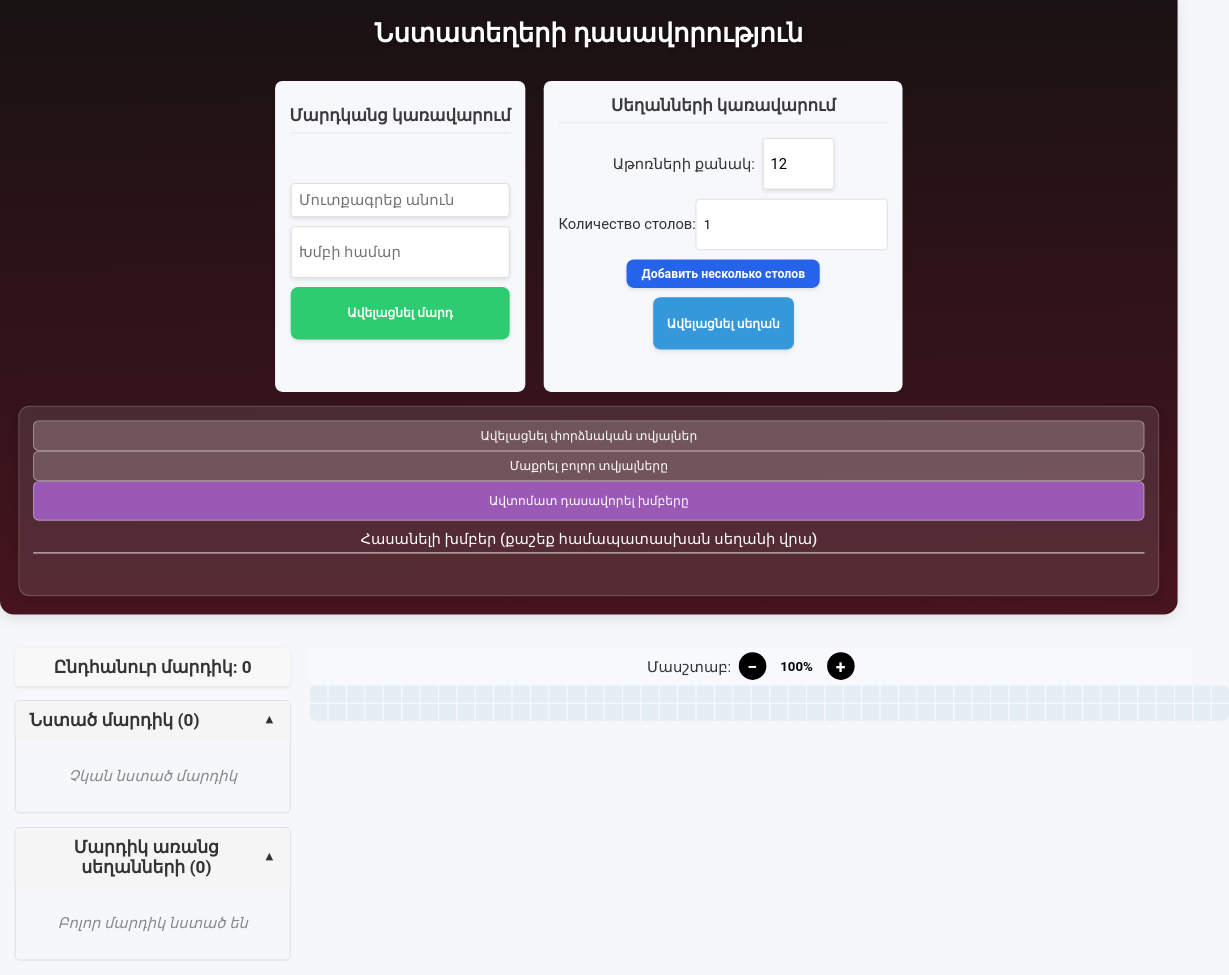
Repository: Vahan-23/Table-V2
Page: /
These files come from the project's save history. The page is drawn as it stood at one moment and after the next save; the edit follows.
The browser window is 1280 px wide. The page is 1336 px wide, then 1280 px, then 1336 px, so the pictures cover 1336 px, including what lies to the right of the window. The pictures show the whole page, at 92% of full size.
The project was rebuilt for these pictures with package versions that can differ from the ones it lists, and the page was loaded fresh each time.

Above is the page before, as saved 2025-03-03 12:37:29.

### src/component/App.css
/* Modern styles for the Seating Arrangement app */

* {
  margin: 0;
  padding: 0;
  font-family: 'Roboto', 'Segoe UI', Arial, sans-serif;
}

body {
  background-color: #f5f7fb;
  color: #333;
}

.app-container {
  display: flex;
  flex-direction: column;
  min-height: 100vh;
}

/* Header Styles */
.app-header {
  background: linear-gradient(179deg, #181213 0%, rgb(71 20 31) 100%);
  padding: 20px;
  border-radius: 0 0 15px 15px;
  box-shadow: 0 4px 15px rgba(0, 0, 0, 0.1);
  margin-bottom: 20px;
}

.header-content {
  display: flex;
  justify-content: space-between;
  align-items: center;
  max-width: 1600px;
  margin: 0 auto;
  width: 100%;
  flex-direction: column;
}

.logo {
  color: white;
  font-size: 28px;
  font-weight: bold;
  text-shadow: 2px 2px 4px rgba(0, 0, 0, 0.3);
  margin-bottom: 15px;
}

.header-sections {
  display: flex;
  width: 100%;
  gap: 20px;
  margin-top: 20px;
  justify-content: center;
}

.header-section {
  /* flex: 1 1; */
  display: flex;
  height: auto;
  background-color: #f7f8fc;
  border-radius: 8px;
  padding: 16px;
  box-shadow: 0 2px 5px rgba(0, 0, 0, 0.05);
  flex-direction: column;
  justify-content: space-around;
}

.section-main-title {
  color: #3a3a3a;
  margin-top: 0;
  margin-bottom: 16px;
  padding-bottom: 8px;
  border-bottom: 1px solid #e5e5e5;
  font-size: 18px;
}

/* People section specific */
.people-section .input-row {
  display: flex;
  gap: 10px;
  margin-bottom: 15px;
  flex-direction: column;
}

.people-section .data-management {
  margin-top: 20px;
}

/* Table section specific */
.tables-section .table-controls-row {
  display: flex;
  align-items: center;
  gap: 10px;
  margin-bottom: 15px;
  flex-direction: column;

}

.tables-section .chair-count-container {
  display: flex;
  align-items: center;
  gap: 8px;
}

.tables-section .chair-count-input {
  width: 60px;
}

.tables-section .zoom-controls {
  display: flex;
  align-items: center;
  margin-top: 20px;
  gap: 10px;
}

.zoom-buttons {
  display: flex;
  align-items: center;
}

.zoom-btn {
  width: 30px;
  height: 30px;
  display: flex;
  align-items: center;
  justify-content: center;
  border-radius: 4px;
  background-color: #f0f0f0;
  border: 1px solid #ddd;
  cursor: pointer;
}

.zoom-percentage {
  margin: 0 8px;
  min-width: 50px;
  text-align: center;
}

.data-buttons {
  display: flex;
  flex-direction: column;
  align-items: stretch;
}

.header-controls {
  background: rgba(255, 255, 255, 0.15);
  backdrop-filter: blur(10px);
  padding: 15px;
  border-radius: 12px;
  box-shadow: inset 0 1px 1px rgba(255, 255, 255, 0.1), 0 1px 2px rgba(0, 0, 0, 0.1);
  display: flex;
  width: 80%;
}

.control-group {
  display: flex;
  flex-wrap: wrap;
  gap: 1rem;
  width: 100%;
}

.input-group {
  display: flex;
  gap: 10px;
  margin-bottom: 15px;
  align-items: center;
  justify-content: center;
}

.input-field {
  flex: 1;
  padding: 10px 15px;
  border-radius: 8px;
  border: none;
  font-size: 16px;
  box-shadow: 0 2px 5px rgba(0, 0, 0, 0.1);
}

.input-group input,
.table-controls input {
  height: 38px;
  padding: 0.5rem;
  border: 1px solid #ddd;
  border-radius: 4px;
  outline: none;
  transition: border-color 0.2s;
}

.input-group input:focus,
.table-controls input:focus {
  border-color: #2563eb;
}

.group-input-container {
  position: relative;
  flex: 1;
}

.group-dropdown {
  position: absolute;
  top: 100%;
  left: 0;
  width: 100%;
  max-height: 200px;
  overflow-y: auto;
  z-index: 10;
  background-color: white;
  border: none;
  border-radius: 8px;
  box-shadow: 0 4px 12px rgba(0, 0, 0, 0.15);
  margin-top: 5px;
}

.dropdown-item {
  padding: 10px 15px;
  cursor: pointer;
  border-bottom: 1px solid #eee;
  transition: background-color 0.2s;
}

.dropdown-item:hover {
  background-color: #f5f5f5;
}

.dropdown-item-new {
  padding: 10px 15px;
  cursor: pointer;
  background-color: #f0f0f0;
  font-style: italic;
  border-radius: 0 0 8px 8px;
  z-index: 2;
}

.dropdown-empty {
  padding: 10px 15px;
  color: #666;
}

button {
  cursor: pointer;
  border: none;
  border-radius: 4px;
  padding: 0.5rem 1rem;
  font-weight: 500;
  transition: all 0.2s;
}

.primary-btn {
  background-color: #2563eb;
  color: white;
  border: none;
  border-radius: 8px;
  font-weight: bold;
  cursor: pointer;
  box-shadow: 0 2px 5px rgba(0, 0, 0, 0.1);
  transition: transform 0.2s, background-color 0.2s;
}

.primary-btn:hover {
  background-color: #1d4ed8;
}

.add-person-btn {
  /* margin-left: 30px; */
  padding: 21px 20px;
  background-color: #2ecc71;
  color: white;
}

.add-person-btn:hover {
  background-color: #27ae60;
  transform: translateY(-2px);
}

.secondary-btn {
  padding: 8px 15px;
  background-color: rgba(255, 255, 255, 0.2);
  color: white;
  border: 1px solid rgba(255, 255, 255, 0.4);
  border-radius: 6px;
  cursor: pointer;
  transition: background-color 0.2s;
}

.secondary-btn:hover {
  background-color: rgba(255, 255, 255, 0.3);
}

.table-controls {
  display: flex;
  align-items: center;
  gap: 10px;
  margin-bottom: 15px;
  flex-direction: column;
}

.chair-count-input {
  width: 120px;
  padding: 10px 15px;
  border-radius: 8px;
  border: none;
  font-size: 16px;
  box-shadow: 0 2px 5px rgba(0, 0, 0, 0.1);
}

.add-table-btn {
  flex: 1;
  padding: 21px 15px;
  background-color: #3498db;
  color: white;
}

.add-table-btn:hover {
  background-color: #2980b9;
  transform: translateY(-2px);
}

.create-all-tables-btn {
  flex: 2;
  padding: 13px 15px;
  background-color: #9b59b6;
  color: white;
}

.create-all-tables-btn:hover {
  background-color: #8e44ad;
  transform: translateY(-2px);
}

/* Bottom controls section */
.bottom-controls {
  display: flex;
  justify-content: space-between;
  align-items: center;
}

/* Save controls */
.save-controls {
  display: flex;
  align-items: center;
  gap: 0.5rem;
}

/* Zoom controls */
.zoom-controls {
  display: flex;
  align-items: center;
  gap: 8px;
  background-color: rgba(255, 255, 255, 0.2);
  padding: 5px 10px;
  border-radius: 6px;
  justify-content: center;
}

.zoom-btn {
  width: 30px;
  height: 30px;
  border-radius: 50%;
  border: none;
  background-color: rgba(255, 255, 255, 0.3);
  color: white;
  font-size: 18px;
  font-weight: bold;
  cursor: pointer;
  display: flex;
  justify-content: center;
  align-items: center;
}

.zoom-controls button {
  width: 30px;
  height: 30px;
  display: flex;
  align-items: center;
  justify-content: center;
  background-color: #000000;
  border-radius: 50%;
  font-size: 1.2rem;
  padding: 0;
}

.zoom-controls span {
  font-size: 0.9rem;
  min-width: 50px;
  text-align: center;
}

.zoom-percentage {
  color: rgb(0, 0, 0);
  font-weight: bold;
}

/* Groups Container */
.groups-container {
  background-color: rgba(255, 255, 255, 0.1);
  border-radius: 12px;
  padding: 15px;
  margin-top: 15px;
  box-shadow: 0 2px 10px rgba(0, 0, 0, 0.1);
  border: 1px solid rgba(255, 255, 255, 0.2);
}

.groups-header {
  display: flex;
  flex-direction: column;
  gap: 10px;
}

.groups-header h3 {
  color: #ffffff;
  font-size: 1rem;
  font-weight: 500;
}

.groups-title {
  margin: 0 0 10px 0;
  font-size: 20px;
  color: white;
  font-weight: 600;
  border-bottom: 2px solid rgba(255, 255, 255, 0.5);
  padding-bottom: 5px;
  display: inline-block;
}

.groups-wrapper {
  display: flex;
  flex-wrap: nowrap;
  gap: 12px;
  overflow-x: auto;
  padding: 5px 0;
  max-height: 100px;
  max-width: 100%;
  scrollbar-width: thin;
  scrollbar-color: rgba(255, 255, 255, 0.5) transparent;
}

.groups-wrapper::-webkit-scrollbar {
  height: 6px;
  width: 6px;
}

.groups-wrapper::-webkit-scrollbar-track {
  background: #f1f1f1;
  border-radius: 10px;
}

.groups-wrapper::-webkit-scrollbar-thumb {
  background: #3498db;
  border-radius: 10px;
}

.groups-wrapper::-webkit-scrollbar-thumb:hover {
  background: #2980b9;
}

/* Main Content */
.main-content {
  display: flex;
  flex: 1;
  padding: 1rem;
  gap: 20px;
  max-width: 1600px;
  margin: 0 auto;
  width: 100%;
}

/* Sidebar */
.sidebar {
  width: 300px;
  flex-shrink: 0;
}

.unseated-people-list,
.people-list {
  background-color: white;
  border-radius: 8px;
  padding: 15px;
  margin-top: 20px;
  box-shadow: 0 2px 8px rgba(0, 0, 0, 0.1);
  margin-bottom: 1.5rem;
}

.unseated-people-list h3,
.people-list h3 {
  margin-top: 0;
  margin-bottom: 15px;
  color: #333;
  font-size: 18px;
  font-weight: 600;
  border-bottom: 1px solid #e5e7eb;
  padding-bottom: 0.5rem;
}

.unseated-people-grid,
.people-grid {
  display: grid;
  grid-template-columns: repeat(auto-fill, minmax(120px, 1fr));
  gap: 10px;
}

.unseated-person-card,
.person-card {
  position: relative;
  background-color: #f9f9f9;
  border-radius: 6px;
  padding: 10px;
  box-shadow: 0 1px 3px rgba(0, 0, 0, 0.1);
  font-size: 0.9rem;
  display: flex;
  justify-content: space-between;
  align-items: center;
}

.person-card {
  flex-direction: column;
  align-items: flex-start;
  gap: 0.25rem;
}

.person-name {
  display: block;
  font-weight: bold;
  font-size: 14px;
  margin-bottom: 4px;
}

.person-group {
  display: block;
  font-size: 12px;
  color: #666;
}

.group-tag {
  background-color: #e0e7ff;
  color: #4f46e5;
  border-radius: 4px;
  padding: 0.15rem 0.4rem;
  font-size: 0.75rem;
  font-weight: 500;
}

.delete-btn {
  position: absolute;
  top: 5px;
  right: 5px;
  width: 20px;
  height: 20px;
  border-radius: 50%;
  background-color: #e74c3c;
  color: white;
  border: none;
  display: flex;
  align-items: center;
  justify-content: center;
  font-size: 10px;
  cursor: pointer;
  opacity: 0.7;
  transition: opacity 0.2s;
}

.delete-btn:hover {
  background-color: #fee2e2;
  opacity: 1;
}

/* Tables Area */
.tables-area {
  background-image: linear-gradient(rgba(255, 255, 255, 0.8) 1px, transparent 1px),
    linear-gradient(90deg, rgba(255, 255, 255, 0.8) 1px, transparent 1px);
  background-size: 20px 20px;
  background-color: #e6eef5;
  flex: 1;
  min-height: 600px;
  border-radius: 8px;
  padding: 20px;
  position: relative;
  transform-origin: top left;
  display: flex;
  flex-wrap: wrap;
  gap: 2rem;
  align-content: flex-start;
  min-height: 70vh;
}

/* Table Styles */
.table-container {
  background-color: white;
  border-radius: 10px;
  box-shadow: 0 4px 12px rgba(0, 0, 0, 0.08);
  padding: 1rem;
  width: fit-content;
  margin-bottom: 20px;
  flex-shrink: 0;
}

.table-header {
  display: flex;
  justify-content: space-between;
  align-items: center;
  margin-bottom: 1rem;
}

.table-header h3 {
  font-size: 1rem;
  font-weight: 600;
  color: #374151;
}

.delete-table-btn {
  background-color: #fee2e2;
  color: #ef4444;
  font-size: 0.8rem;
  padding: 0.25rem 0.5rem;
}

.delete-table-btn:hover {
  background-color: #fecaca;
}

.table {
  margin: 20px;
  width: 200px;
  height: 200px;
  border: 50px solid #e7d8c7;
  border-radius: 50%;
  display: flex;
  justify-content: center;
  align-items: center;
  background-image: url('../../public/table.jpg');
  background-size: cover;
}

.table-top {
  position: relative;
  top: -15%;
  left: -15%;
}

.chair {
  position: absolute;
  width: 60px;
  height: 60px;
  background-size: cover;
  background-position: center;
  background-repeat: no-repeat;
  color: white;
  display: flex;
  justify-content: center;
  align-items: center;
  border-radius: 50%;
  font-size: 12px;
  text-align: center;
  cursor: pointer;
  transition: transform 0.2s ease, opacity 0.2s ease;
}

.chair:hover {
  transform: scale(1.1);
  opacity: 0.7;
}

/* New Table Dropzone */
.new-table-dropzone {
  width: 300px;
  height: 200px;
  border: 2px dashed #3498db;
  border-radius: 8px;
  display: flex;
  align-items: center;
  justify-content: center;
  background-color: rgba(52, 152, 219, 0.05);
  transition: all 0.3s;
  margin-bottom: 20px;
}

.new-table-dropzone.hovered {
  background-color: rgba(52, 152, 219, 0.47);
  border-color: #4f46e5;
}

.dropzone-content {
  display: flex;
  flex-direction: column;
  align-items: center;
  justify-content: center;
  text-align: center;
  padding: 20px;
  gap: 1rem;
}

.dropzone-icon {
  font-size: 32px;
  color: #3498db;
  margin-bottom: 10px;
}

.dropzone-text {
  font-size: 16px;
  font-weight: bold;
  color: #333;
}

/* Popup styles */
.popup-overlay {
  position: fixed;
  top: 0;
  left: 0;
  right: 0;
  bottom: 0;
  background-color: rgba(0, 0, 0, 0.5);
  display: flex;
  align-items: center;
  justify-content: center;
  z-index: 1000;
}

.popup {
  background-color: white;
  border-radius: 10px;
  padding: 1.5rem;
  min-width: 300px;
  max-width: 400px;
  max-height: 80vh;
  overflow-y: auto;
  box-shadow: 0 10px 25px rgba(0, 0, 0, 0.2);
}

.popup h3 {
  margin-bottom: 1rem;
  color: #374151;
}

.person-selection-list {
  list-style: none;
  margin-bottom: 1rem;
}

.person-selection-list li {
  padding: 0.75rem;
  border-radius: 6px;
  cursor: pointer;
  transition: background-color 0.2s;
}

.person-selection-list li:hover {
  background-color: #f3f4f6;
}

.close-btn {
  background-color: #e5e7eb;
  color: #4b5563;
  width: 100%;
  padding: 0.75rem;
  border-radius: 6px;
  margin-top: 1rem;
}

.close-btn:hover {
  background-color: #d1d5db;
}

/* Fullscreen popup styles */
.fullscreen-popup {
  position: fixed;
  top: 0;
  left: 0;
  width: 100%;
  height: 100%;
  background-color: rgba(0, 0, 0, 0.7);
  z-index: 1000;
  display: flex;
  justify-content: center;
  align-items: center;
}

.fullscreen-popup-overlay {
  position: absolute;
  top: 0;
  left: 0;
  width: 100%;
  height: 100%;
  background-color: rgba(0, 0, 0, 0.7);
  display: flex;
  justify-content: center;
  align-items: center;
}

.fullscreen-popup-content {
  background-color: white;
  border-radius: 8px;
  padding: 20px;
  max-width: 600px;
  width: 90%;
  max-height: 80vh;
  overflow-y: auto;
  box-shadow: 0 10px 25px rgba(0, 0, 0, 0.2);
}

.fullscreen-popup-content h3 {
  margin-top: 0;
  margin-bottom: 20px;
  text-align: center;
  font-size: 18px;
  color: #333;
}

.person-selection-grid {
  display: grid;
  grid-template-columns: repeat(auto-fill, minmax(180px, 1fr));
  gap: 15px;
  margin-bottom: 20px;
  max-height: 60vh;
  overflow-y: auto;
  padding: 10px;
  margin-top: 20px;
}

.person-selection-item {
  background-color: #f9f9f9;
  border: 1px solid #ddd;
  border-radius: 6px;
  padding: 12px;
  cursor: pointer;
  transition: all 0.2s ease;
  display: flex;
  flex-direction: column;
}

.person-selection-item:hover {
  background-color: #e8f4fd;
  transform: translateY(-2px);
  box-shadow: 0 4px 8px rgba(0, 0, 0, 0.1);
}

.person-selection-name {
  display: block;
  font-weight: bold;
  margin-bottom: 4px;
}

.person-selection-group {
  display: block;
  font-size: 12px;
  color: #666;
}

.no-people-message {
  text-align: center;
  padding: 20px;
  color: #666;
  grid-column: 1 / -1;
}

.close-popup-btn {
  display: block;
  margin: 0 auto;
  background-color: #3498db;
  color: white;
  border: none;
  border-radius: 4px;
  padding: 10px 20px;
  font-size: 16px;
  cursor: pointer;
  transition: background-color 0.2s ease;
}

.close-popup-btn:hover {
  background-color: #2980b9;
}

/* Remove person popup */
.remove-person-popup {
  text-align: center;
}

.popup-title {
  text-align: center;
  margin-bottom: 20px;
}

.person-info-card {
  background-color: #f9f9f9;
  padding: 15px;
  border-radius: 8px;
  margin-bottom: 20px;
  box-shadow: 0 2px 4px rgba(0, 0, 0, 0.1);
}

.person-info-name {
  text-align: center;
  font-size: 18px;
  margin: 0 0 10px 0;
  font-weight: bold;
}

.person-info-group {
  text-align: center;
  margin: 0;
  color: #666;
}

.confirmation-text {
  text-align: center;
  margin-bottom: 20px;
  color: #555;
}

.popup-buttons {
  display: flex;
  justify-content: center;
  gap: 15px;
}

.remove-btn {
  padding: 10px 20px;
  background-color: #e74c3c;
  color: white;
  border: none;
  border-radius: 4px;
  cursor: pointer;
  font-weight: bold;
}

.cancel-btn {
  padding: 10px 20px;
  background-color: #7f8c8d;
  color: white;
  border: none;
  border-radius: 4px;
  cursor: pointer;
}

/* Group card styles */
.group-card {
  flex: 0 0 auto;
  min-width: 100px;
  background-color: white;
  border-radius: 6px;
  padding: 8px 12px;
  box-shadow: 0 1px 3px rgba(0, 0, 0, 0.1);
  cursor: grab;
  transition: transform 0.2s, box-shadow 0.2s;
  border-left: 4px solid #3498db;
}

.group-card:hover {
  transform: translateY(-2px);
  box-shadow: 0 3px 6px rgba(0, 0, 0, 0.15);
}

.group-card.dragging {
  opacity: 0.5;
}

.group-name {
  font-weight: 600;
  font-size: 0.9rem;
  color: #2563eb;
  margin-bottom: 5px;
}

.group-count {
  font-size: 0.8rem;
  color: #6b7280;
  margin-top: 0.25rem;
}

/* Responsive adjustments */
@media (max-width: 992px) {
  .header-content {
    flex-direction: column;
    align-items: flex-start;
    gap: 1rem;
  }

  .header-controls {
    width: 100%;
  }

  .main-content {
    flex-direction: column;
  }

  .sidebar {
    width: 100%;
  }
}


.people-section {
  display: flex;
  flex-direction: column;
  gap: 15px;
}

.total-people-counter {
  background-color: #f8f8f8;
  padding: 10px;
  border-radius: 5px;
  text-align: center;
  box-shadow: 0 1px 3px rgba(0, 0, 0, 0.1);
}

.people-box {
  border: 1px solid #ddd;
  border-radius: 5px;
  overflow: hidden;
}

.people-header {
  display: flex;
  align-items: center;
  justify-content: space-between;
  padding: 10px 15px;
  background-color: #f5f5f5;
  cursor: pointer;
}

.people-header:hover {
  background-color: #e9e9e9;
}

.expand-arrow {
  font-size: 14px;
  transition: transform 0.3s ease;
}

.expand-arrow.expanded {
  transform: rotate(180deg);
}

.people-grid-container {
  max-height: 700px;
  overflow-y: auto;
}

.people-grid {
  display: grid;
  grid-template-columns: repeat(auto-fill, minmax(200px, 1fr));
  gap: 10px;
  padding: 10px;
}

.person-card {
  position: relative;
  padding: 10px;
  border-radius: 4px;
  box-shadow: 0 1px 3px rgba(0, 0, 0, 0.1);
  display: flex;
  flex-direction: column;
}

.person-card.seated {
  background-color: rgba(144, 238, 144, 0.2);
  border-left: 3px solid #4CAF50;
}

.person-card.unseated {
  background-color: rgba(255, 235, 205, 0.2);
  border-left: 3px solid #FFA500;
}

.person-name {
  font-weight: bold;
  margin-bottom: 4px;
}

.person-group {
  font-size: 12px;
  color: #666;
}

.delete-btn {
  position: absolute;
  top: 5px;
  right: 5px;
  width: 20px;
  height: 20px;
  border-radius: 50%;
  background-color: #ff6b6b;
  color: white;
  border: none;
  display: flex;
  align-items: center;
  justify-content: center;
  cursor: pointer;
  font-size: 10px;
}

.delete-btn:hover {
  background-color: #ff5252;
}

.empty-message {
  grid-column: 1 / -1;
  padding: 20px;
  text-align: center;
  color: #888;
  font-style: italic;
}

/* Scrollbar styling */
.people-grid-container::-webkit-scrollbar {
  width: 8px;
}

.people-grid-container::-webkit-scrollbar-track {
  background: #f1f1f1;
  border-radius: 4px;
}

.people-grid-container::-webkit-scrollbar-thumb {
  background: #888;
  border-radius: 4px;
}

.people-grid-container::-webkit-scrollbar-thumb:hover {
  background: #555;
}

/* Split header sections styling */

Loaded but not shown: public/index.html (common file); src/index.js (common file); src/index.css (common file); src/reportWebVitals.js (common file); src/App.css (common file); src/App.js (12 lines, source omitted); src/component/SeatingArrangement.jsx (1081 lines, source omitted)

After the next save:
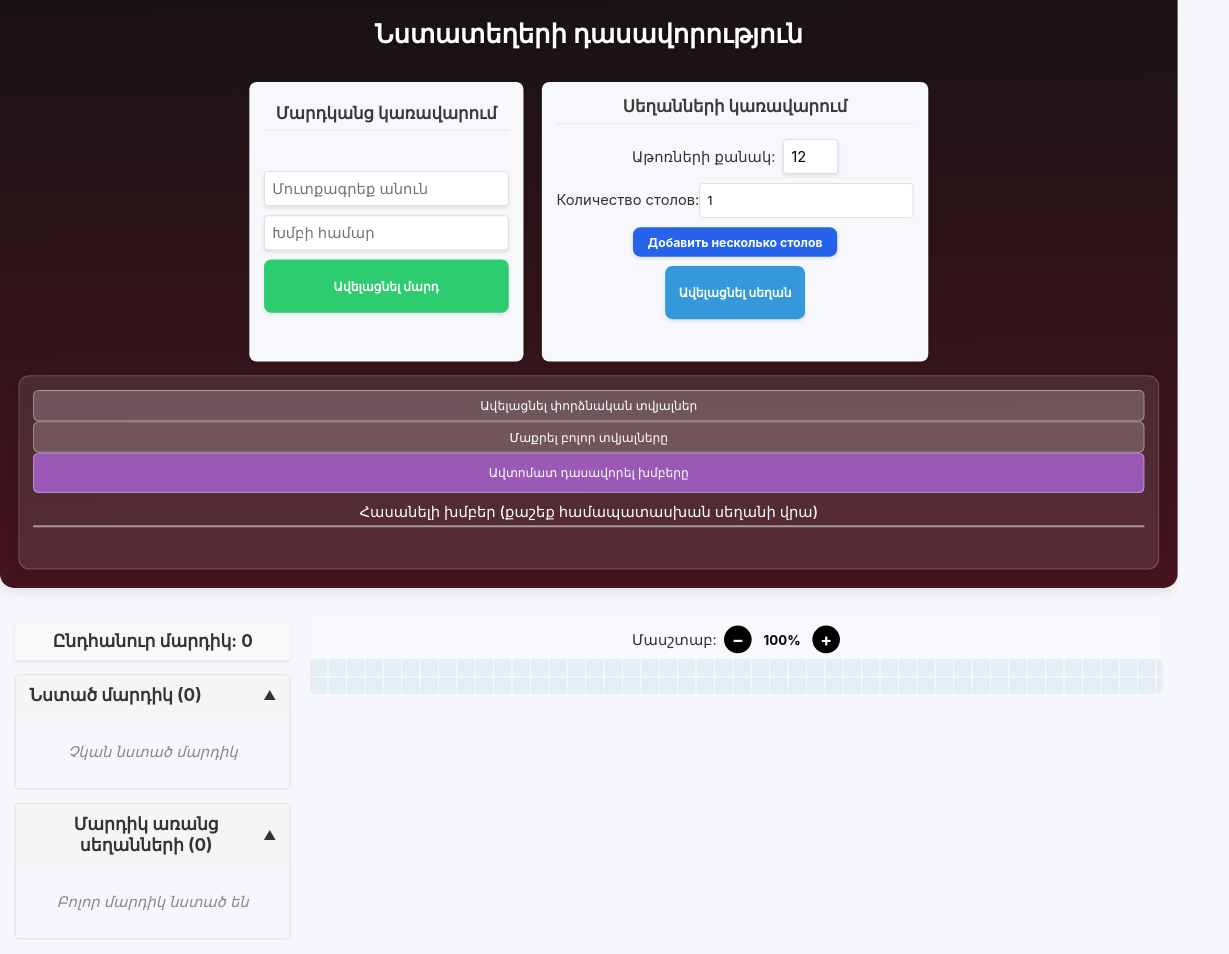
Saved 26 s later.
--- a/src/component/App.css
+++ b/src/component/App.css
@@ -1,9 +1,9 @@
 /* Modern styles for the Seating Arrangement app */
-
 * {
   margin: 0;
   padding: 0;
-  font-family: 'Roboto', 'Segoe UI', Arial, sans-serif;
+  box-sizing: border-box;
+  font-family: 'Inter', -apple-system, BlinkMacSystemFont, 'Segoe UI', Roboto, sans-serif;
 }
 
 body {

After the save that followed:
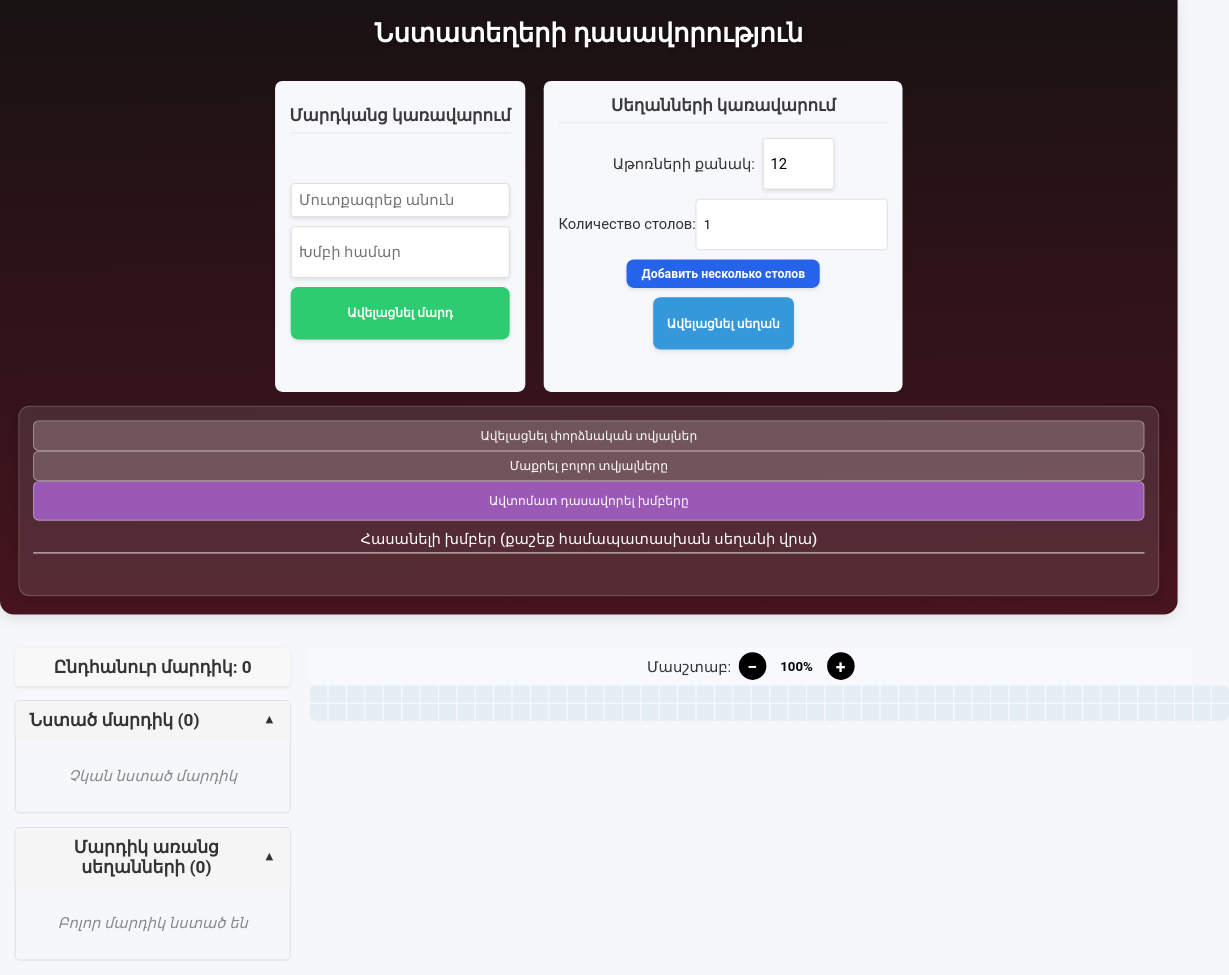
Saved 11 s later.
--- a/src/component/App.css
+++ b/src/component/App.css
@@ -1,9 +1,9 @@
 /* Modern styles for the Seating Arrangement app */
+
 * {
   margin: 0;
   padding: 0;
-  box-sizing: border-box;
-  font-family: 'Inter', -apple-system, BlinkMacSystemFont, 'Segoe UI', Roboto, sans-serif;
+  font-family: 'Roboto', 'Segoe UI', Arial, sans-serif;
 }
 
 body {
